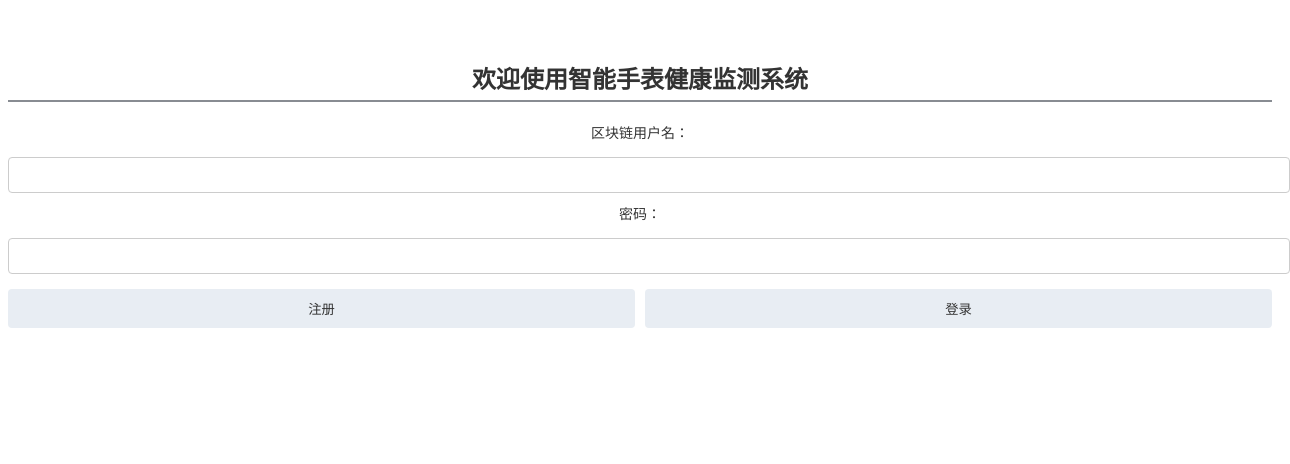
Repository: hyperion0831/The-management-of-IoT-data-sharing-based-on-blockchain
Page: / (app in Dz/frontend/)
An editor plug-in stored every save of this project. The page is shown before and after the next save, followed by the edit.
The browser window is 1280 px wide. The page is 1290 px wide, then 1280 px, so the pictures cover 1290 px, including what lies to the right of the window. The pictures show the whole page.
The project was rebuilt for these pictures with package versions that can differ from the ones it lists, and the page was loaded fresh each time. Also part of the build but not shown: Dz/frontend/vue.config.js, Dz/frontend/src/components/dashboard/DataUploadAndExport.vue, Dz/frontend/src/components/dashboard/RealTimeMonitoring.vue, Dz/frontend/src/components/dashboard/DataAnalysis.vue, Dz/frontend/src/components/dashboard/AppSettings.vue, Dz/frontend/src/components/DataDashBoard.vue.

Above is the page before, as saved 2024-11-12 00:14:22.

### Dz/frontend/src/main.js
import { createApp } from 'vue';
import App from './App.vue';
import router from './router';
import ElementPlus from 'element-plus';
import 'element-plus/dist/index.css';

const app = createApp(App);

app.use(router)
app.use(ElementPlus)
app.mount('#app');

### Dz/frontend/src/App.vue
<template>
  <div id="app">
    <router-view></router-view>
  </div>
</template>

<script>
export default {
  name: 'App'
};
</script>

<style>
#app {
  font-family: Avenir, Helvetica, Arial, sans-serif;
  -webkit-font-smoothing: antialiased;
  -moz-osx-font-smoothing: grayscale;
  text-align: center;
  color: #2c3e50;
  margin-top: 60px;
}
</style>

### Dz/frontend/src/router/index.js
import { createRouter, createWebHistory } from 'vue-router';
import DataDashBoard from '../components/DataDashBoard.vue'; // 导入仪表盘组件
import Login from '../components/LoginForm.vue';

const routes = [
  { path: '/', redirect: '/login' },
  { path: '/login', name: 'Login', component: Login },
  { path: '/dashboard', name: 'Dashboard', component: DataDashBoard },
];

const router = createRouter({
  history: createWebHistory(),
  routes
});

export default router;

### Dz/frontend/src/components/LoginForm.vue
<template>
    <div class="loginform">

      <!-- 初始页面 -->
      <div v-if="!isRegistering">
        <h1>欢迎使用智能手表健康监测系统</h1>

        <!-- 区块链用户名和密码显示区域 -->
        <div class="blockchain-info">
          <label>区块链用户名：</label>
          <input type="text" v-model="displayPublicKey" readonly />
          <label>密码：</label>
          <input type="text" v-model="displayPrivateKey" readonly />
        </div>

        <!-- 登录、注册按钮 -->
        <div class="button-row">
          <button @click="handleRegisterClick">注册</button>
          <button @click="handleLoginClick">登录</button>
        </div>

        <!-- 隐藏的文件选择框 -->
        <input
          ref="fileInput"
          type="file"
          accept=".txt"
          style="display: none"
          @change="handleFileUpload"
        />
      </div>

      <!-- 注册页面（覆盖整个页面） -->
      <div v-if="isRegistering" class="register-section">
        <h1>注册新用户</h1>
        <label for="identity">选择身份：</label>
        <select v-model="identity">
          <option value="doctor">医生</option>
          <option value="user">普通用户</option>
        </select>

        <div v-if="identity === 'doctor'" class="blockchain-info">
          <label for="name">姓名：</label>
          <input type="text" v-model="name" placeholder="请输入姓名" />
          <label for="id">工号：</label>
          <input type="text" v-model="doctorId" placeholder="请输入工号" />
        </div>
        <div v-else class="blockchain-info">
          <label for="name">姓名：</label>
          <input type="text" v-model="name" placeholder="请输入姓名" />
        </div>

        <div class="button-row">
          <button @click="generateAndSaveKeyPair">生成密钥对</button>
          <button @click="goToLoginPage">返回登录</button>
        </div>

        <p v-if="keyGenerated">密钥对已生成并保存到文件中。</p>
      </div>
    </div>
  </template>

  <script>

  export default {
    data() {
      return {
        currentView: null, // 初始无显示
        blockchainUsername: '',  // 区块链用户名
        blockchainPassword: '',  // 区块链密码
        uploadedFile: null,      // 已上传的文件
        displayPrivateKey: '',
        displayPublicKey: '',
        keyGenerated: false,
        isLoggedIn: false,
        privateKey: null,
        publicKey: null,
        identity: 'user',
        name: '',
        doctorId: '',
        errorMessage: '',// 错误消息
        isRegistering: false, // 是否正在注册,
        showErrorModal: false,
      };
    },
    mounted() {
      // 页面加载时检查是否已登录
      const isLoggedIn = sessionStorage.getItem("isLoggedIn");
      const userName = sessionStorage.getItem("userName");
      if (isLoggedIn === "true" && userName) {
        this.isLoggedIn = true;
        this.name = userName.split('-')[1]; // 提取用户名
        const storedData = JSON.parse(localStorage.getItem(userName)); // 从 localStorage 获取密钥对数据
        if (storedData) {
          this.displayPublicKey = storedData.publicKey;
          this.displayPrivateKey = storedData.privateKey;
        }
      }
    },
    methods: {
      // 点击登录按钮，弹出文件选择框
      handleLoginClick() {
        this.$refs.fileInput.click();
      },

      // 点击注册按钮后，切换到注册界面
      handleRegisterClick() {
        this.isRegistering = true; // 显示注册界面
      },

      // 检查是否已注册
      isRegistered() {
        const registered = localStorage.getItem(`${this.identity}-${this.name}-${this.doctorId|| ''}`);
        return !!registered;
      },

      // 注册
      async generateAndSaveKeyPair() {

        const registrationKey = `${this.identity}-${this.name}-${this.doctorId || ''}`;
        if (this.isRegistered()) {
          alert("已注册，请直接登录。");
          return;
        }
        let isValid = true; // 添加一个标志来追踪身份验证状态

        if (this.identity === 'doctor') {
          if (this.name !== 'Dz' || this.doctorId !== '2448') {
            alert('医生身份信息错误，请检查姓名和工号。');
            isValid = false; // 设置标志为false
          }
        } else if (this.identity === 'user') {
          const validUserNames = ['TYC', 'DDS'];
          if (!validUserNames.includes(this.name)) {
            alert('普通用户姓名错误，请检查姓名。');
            isValid = false; // 设置标志为false
          }
        }
          // 如果身份验证未通过，直接返回
          if (!isValid) {
            return;
          }

        try {
            // 创建种子字符串，确保不同身份和用户生成不同的密钥
            const uniqueSeed = `${this.identity}-${this.name}-${this.doctorId || ''}`;
            console.log(`生成密钥的种子信息：${uniqueSeed}`);

            // 生成密钥对
            const keyPair = await window.crypto.subtle.generateKey(
              {
                name: "RSA-OAEP",
                modulusLength: 2048,
                publicExponent: new Uint8Array([1, 0, 1]),
                hash: { name: "SHA-256" },
              },
              true,
              ["encrypt", "decrypt"]
            );
            const publicKey = await window.crypto.subtle.exportKey("spki", keyPair.publicKey);
            const privateKey = await window.crypto.subtle.exportKey("pkcs8", keyPair.privateKey);

            const publicKeyBase64 = btoa(String.fromCharCode(...new Uint8Array(publicKey)));
            const privateKeyBase64 = btoa(String.fromCharCode(...new Uint8Array(privateKey)));

            const combinedKeys = `-----BEGIN PUBLIC KEY-----\n${publicKeyBase64}\n-----END PUBLIC KEY-----\n-----BEGIN PRIVATE KEY-----\n${privateKeyBase64}\n-----END PRIVATE KEY-----`;

            // 将密钥对保存到文件
            const blob = new Blob([combinedKeys], { type: "application/octet-stream" });
            const downloadLink = document.createElement("a");
            downloadLink.href = URL.createObjectURL(blob);
            downloadLink.download = `${this.name}_password.txt`;
            downloadLink.click();

            // 将身份标记为已注册
            localStorage.setItem(registrationKey, JSON.stringify({ publicKey: publicKeyBase64, privateKey: privateKeyBase64 }));
            this.keyGenerated = true;
            this.currentView = 'success'; // 注册成功后切换到 success 视图
            this.$emit('registerSuccess', { identity: this.identity, name: this.name });
          } catch (error) {
              console.error("生成密钥对失败：", error);
          }
      },

      //秘钥显示
      handleFileUpload(event) {
        const file = event.target.files[0];
        if (file) {
          const reader = new FileReader();
          reader.onload = () => {
            const fileContent = reader.result;
            // 提取公钥和私钥内容并显示
            const publicKeyMatch = fileContent.match(/-----BEGIN PUBLIC KEY-----\n([\s\S]+?)\n-----END PUBLIC KEY-----/);
            const privateKeyMatch = fileContent.match(/-----BEGIN PRIVATE KEY-----\n([\s\S]+?)\n-----END PRIVATE KEY-----/);

            if (publicKeyMatch && privateKeyMatch) {
              const publicKey = publicKeyMatch[1];
              const privateKey = privateKeyMatch[1];
              // 验证密钥对
              this.verifyKeyPair(publicKey, privateKey); // 处理文件内容
            } else {
              alert("文件格式不正确，请上传包含公钥和私钥的文件。");
            }
          };
          reader.readAsText(file);
        }
      },

      //登录验证
      async verifyKeyPair(publicKeyBase64, privateKeyBase64) {
        let matchingKey = null;
        try {
          // 遍历 localStorage 查找匹配的公私钥
          for (let i = 0; i < localStorage.length; i++) {
            const key = localStorage.key(i);//user-TYC-
            const storedData = JSON.parse(localStorage.getItem(key));
            if (storedData.publicKey === publicKeyBase64 &&
              storedData.privateKey === privateKeyBase64)
            {
              matchingKey = key;
              console.log(`键值：${matchingKey}`);
              break;
            }
          }
          if (matchingKey) {
            console.log(`找到匹配的 registrationKey：${matchingKey}`);
            // 执行登录逻辑，例如设置登录状态、保存 session 等
            this.isLoggedIn = true;

            sessionStorage.setItem("isLoggedIn", "true");
            sessionStorage.setItem("userName", matchingKey);

            // 显示公钥和私钥内容
            this.displayPublicKey = publicKeyBase64;
            this.displayPrivateKey = privateKeyBase64;

            alert(`登录成功！\n欢迎你， ${matchingKey.split('-')[1]}${matchingKey.startsWith('doctor') ? '医生' : '用户'}`);
            this.$router.push({ name: 'DataDashboard' });
          } else {
            alert("未找到匹配的注册信息，请检查密钥文件。");
          }
        } catch (error) {
          console.error("验证密钥对时出错：", error);
          alert("密钥验证失败，请重新上传正确的密钥文件。");
        }
      },

      // 返回登录界面
      goToLoginPage() {
        this.isRegistering = false; // 退出注册界面，显示登录按钮页面
        this.currentView = null; // 清空当前视图
      },

    },
  };
  </script>

  <style scoped>


  h1 {
    font-size: 24px;
    color: #333;
    margin-bottom: 20px;
    align-self: flex-start; /* 将标题移到左边 */
    border-bottom: 2px solid #888c92; /* 添加下划线 */
    padding-bottom: 5px;
  }

  .blockchain-info {
    display: flex;
    flex-direction: column;
    gap: 10px;
    width: 100%;
  }

  .blockchain-info label {
    font-size: 14px;
    color: #333;
  }

  .blockchain-info input {
    width: 100%;
    padding: 8px;
    border: 1px solid #ccc;
    border-radius: 4px;
    font-size: 16px;
    margin-top: 5px;
    text-align: center;
  }

  .user-info {
    display: flex;
    justify-content: space-around;
    font-size: 14px;
    color: #555;
    margin-top: 10px;
    width: 100%;
  }

  .button-row {
    display: flex;
    flex-direction: row;
    flex-wrap: wrap;
    gap: 10px;
    margin-top: 15px;
    width: 100%;
  }

  .button-row button {
    flex: 1 1 calc(50% - 10px);
    padding: 10px;
    background-color: #e8edf3;
    color: #333;
    border: none;
    border-radius: 4px;
    cursor: pointer;
    transition: background-color 0.3s ease;
  }

  .button-row button:hover {
    background-color: #acababcc;
  }

  .register-section, .login-section {
    margin-top: 20px;
  }

  select, input[type="text"], input[type="file"] {
    width: 100%;
    padding: 8px;
    border: 1px solid #ccc;
    border-radius: 4px;
    margin-top: 5px;
  }

  p {
    font-size: 14px;
    color: #333;
    margin-top: 10px;
  }
  </style>

Loaded but not shown: Dz/frontend/public/index.html (common file)

After the next save:
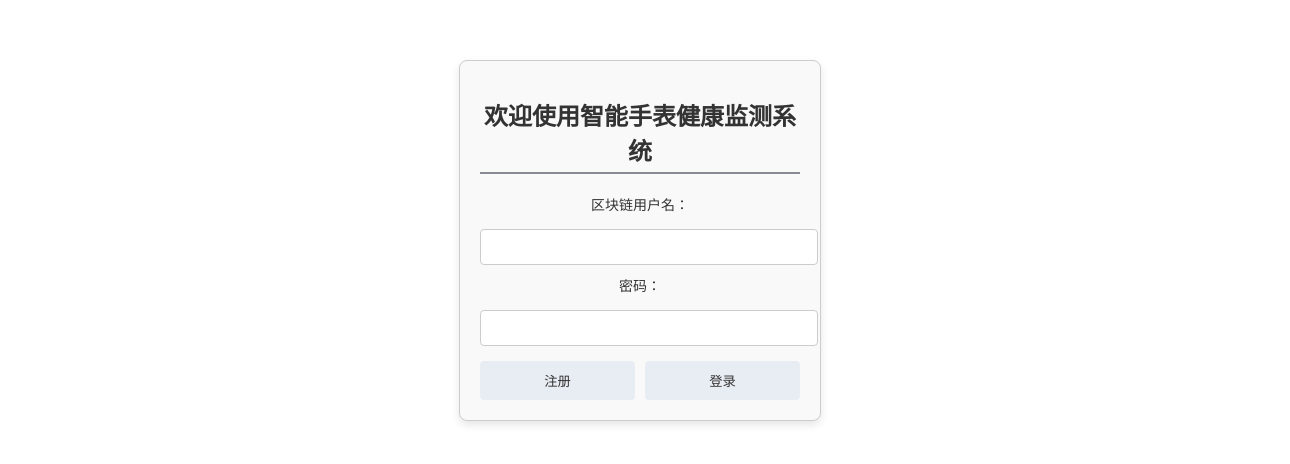
Saved 15 s later.
--- a/Dz/frontend/src/components/LoginForm.vue
+++ b/Dz/frontend/src/components/LoginForm.vue
@@ -256,6 +256,15 @@
 
   <style scoped>
 
+  .loginform {
+    width: 320px; /* 设置宽度 */
+    padding: 20px; /* 内边距 */
+    margin: 0 auto; /* 居中对齐 */
+    background-color: #f9f9f9; /* 背景颜色 */
+    border: 1px solid #ccc; /* 边框颜色 */
+    border-radius: 8px; /* 边框圆角 */
+    box-shadow: 0 4px 8px rgba(0, 0, 0, 0.1); /* 添加阴影效果 */
+  }
 
   h1 {
     font-size: 24px;
